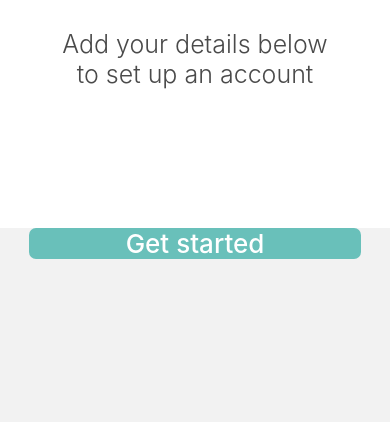
Repository: pheonixlegend/keleya
Screen: /Sign Up
The author's editor kept a copy of each file at every save. The screen is drawn from the files as they stood at one save, then again after the next save.
The pictures show rows 422 to 1187 of an output 844 px tall.
The app was drawn by React Native's web renderer in a window 390 px wide. The project was rebuilt for these pictures with package versions that can differ from the ones it lists, and the page was loaded fresh each time.

Above is the screen before, as saved 2021-10-01 00:40:12.

### App.tsx
import { StatusBar } from 'expo-status-bar';
import React from 'react';
import { StyleSheet, Text, View } from 'react-native';
import Home from './screens/Home';
import { NavigationContainer } from '@react-navigation/native';
import AppStack from './routes/AppStack';

export default function App() {
  return (
    <NavigationContainer>
      <AppStack />
    </NavigationContainer>
  );
}

const styles = StyleSheet.create({
  container: {
    flex: 1,
    backgroundColor: '#fff',
    alignItems: 'center',
    justifyContent: 'center',
  },
});

### routes/AppStack.tsx
import { createStackNavigator } from '@react-navigation/stack';
import { Image } from 'react-native';
import Home from '../screens/Home';
import ImageHeader from '../components/ImageHeader';
import SignUp from '../screens/SignUp';
import React from 'react';
import { Entypo } from '@expo/vector-icons';

const Stack = createStackNavigator();
    const appStack = () => {
        return (
            <Stack.Navigator
                screenOptions={{
                headerShown: false,
                headerTransparent: true,
                headerStyle: {
                  },
                  headerBackTitleStyle: {
                      opacity: 0,
                  },
                  headerTintColor: 'transparent'
                }}
            >
                <Stack.Screen name="Home" component={Home} />
                <Stack.Screen
                    name="Sign Up"
                    component={SignUp}
                    options={{
                        headerShown: true,
                        headerBackImage: ()=>(<Entypo name='arrow-left' size={22}
                        color="#4a4a4a" style={{ paddingLeft: '20%', marginTop: '-10%' }} />)
                    }}
                />
            </Stack.Navigator>
        )
    }
export default appStack

### screens/Home.tsx
import { StatusBar } from 'expo-status-bar';
import React from 'react';
import { StyleSheet, Text, View, Button, Image, SafeAreaView, ImageBackground, TouchableOpacity } from 'react-native';
import { Global } from '../styles/Global'

const Home = ({navigation}: {navigation: any}) => {
  const pressHandler = () => {
    navigation.push("Sign Up")
  }

  return (
    <ImageBackground source={require('../assets/images/first-intro-image.png')} style={styles.backgroundImage} >

    <SafeAreaView style={Global.container}>
      <StatusBar backgroundColor={'transparent'} translucent/>

      <View style={styles.imageContainer}>
        <Image source={require('../assets/images/keleya-logo.png')} style={styles.image} resizeMode="contain" />
      </View>

      <View style={styles.centeredView}>
        <Text style={styles.subText}>For a fit and relaxed pregnancy</Text>
      </View>

      <View style={styles.buttonContainer}>
      <TouchableOpacity style={styles.customBtnBGBottom} onPress={pressHandler}>
        <Text style={styles.customBtnTextBottom}>Get started</Text>
      </TouchableOpacity>


      <TouchableOpacity style={styles.customBtnBGBottom2} onPress={pressHandler}>
        <Text style={styles.customBtnTextBottom2}>Or login</Text>
      </TouchableOpacity>
      </View>
    </SafeAreaView>

    </ImageBackground>
  )
}

const styles = StyleSheet.create({
  imageContainer: {
    justifyContent: 'center',
    alignItems: 'center',
    height: '20%'
  },

  backgroundImage: {
    flex: 1,
    width: undefined,
    height: undefined,
    resizeMode: 'cover'
  },

  centeredView: {
    justifyContent: 'center',
    alignItems: 'center'
  },

  image: {
    width: '23%',
    height: '100%'
  },

  subText: {
    textAlign: 'center',
    fontSize: 24,
    fontWeight: "500",
    marginTop: '-3%',
    width: '53%',
    color: "#4a4a4a"
  },

  buttonContainer: {
    flex: 1,
    alignItems: 'center',
    height: '12.4%',
  },

  customBtnBGBottom: {
    backgroundColor: "#69c0ba",
    borderRadius: 7,
    width: '85%',
    height: '6.2%',
    position: 'absolute',
    bottom: 0,
    marginBottom: '23%',
    justifyContent: 'center',
    alignItems: 'center',
  },

  customBtnBGBottom2: {
    backgroundColor: "transparent",
    borderRadius: 7,
    width: '85%',
    position: 'absolute',
    bottom: 0,
    marginBottom: '10%',
    justifyContent: 'center',
    alignItems: 'center',
  },

  customBtnTextBottom: {
    fontSize: 26,
    fontWeight: "500",
    color: "#fff",
    textAlign: "center"
  },

  customBtnTextBottom2: {
    fontSize: 21,
    fontWeight: "600",
    color: "#4a4a4a",
    textAlign: "center"
  }

});

export default Home

### screens/SignUp.tsx
import { StatusBar } from 'expo-status-bar';
import React from 'react';
import { StyleSheet, Text, View, Button, Image, SafeAreaView, ImageBackground, TouchableOpacity } from 'react-native';
import { Global } from '../styles/Global';
import ImageHeader from '../components/ImageHeader';

const SignUp = ({navigation}: {navigation: any}) => {
  const pressHandler = () => {
    navigation.push("Home")
  }

 return (
    <SafeAreaView style={Global.container}>
      <StatusBar backgroundColor={'transparent'} translucent/>
      <ImageHeader/>
      <View style={styles.centeredView}>
        <Text style={styles.subText}>Add your details below to set up an account</Text>
      </View>
      <View style={styles.buttonContainer}>
      <TouchableOpacity style={styles.customBtnBGBottom} onPress={pressHandler}>
        <Text style={styles.customBtnTextBottom}>Get started</Text>
      </TouchableOpacity>
      </View>
    </SafeAreaView>
  )
}

const styles = StyleSheet.create({

  centeredView: {
    height: '40%',
    justifyContent: 'center',
    alignItems: 'center',
    backgroundColor: 'white',
    marginTop: '80%',
    paddingLeft: '10%',
    paddingRight: '10%',
  },

  subText: {
    textAlign: 'center',
    fontSize: 25,
    width: '90%',
    fontWeight: "300",
    color: "#4a4a4a"
  },

  buttonContainer: {
    alignItems: 'center',
  },

  customBtnBGBottom: {
    backgroundColor: "#69c0ba",
    borderRadius: 7,
    width: '85%',
    position: 'relative',
    justifyContent: 'center',
    alignItems: 'center',
  },

  customBtnTextBottom: {
    fontSize: 26,
    fontWeight: "500",
    color: "#fff",
    textAlign: "center"
  }

});

export default SignUp

### styles/Global.tsx
import { StyleSheet } from 'react-native';

export const Global = StyleSheet.create({
    container: {
        flex: 1,
        backgroundColor: 'transparent',
        height: '100%',
    }
})

### components/ImageHeader.tsx
import * as React from 'react';
import { Text, View, StyleSheet, Image, ImageBackground } from 'react-native';
import { Entypo } from '@expo/vector-icons';

export default function ImageHeader() {
  return (
      <Image source={require('../assets/images/authentication-background-image.jpg')} style={styles.image} resizeMode="cover">

    </Image>
  );
}

const styles = StyleSheet.create({
  image: {
    flex: 1,
    position: 'absolute',
    width: '100%',
    height: '50%'
  }
});

After the next save:
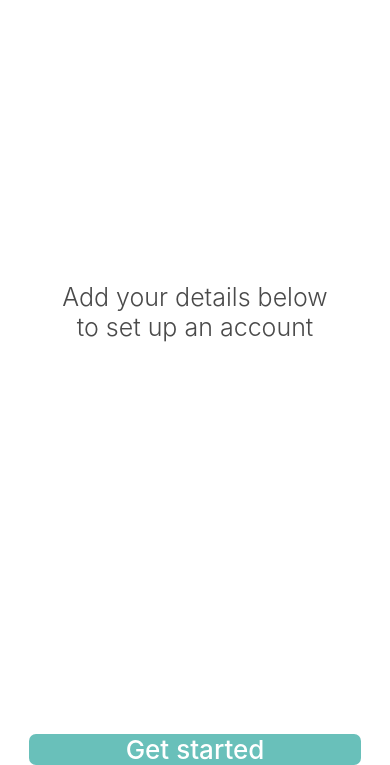
Saved 63 s later.
--- a/screens/SignUp.tsx
+++ b/screens/SignUp.tsx
@@ -28,7 +28,7 @@ const SignUp = ({navigation}: {navigation: any}) => {
 const styles = StyleSheet.create({
 
   centeredView: {
-    height: '40%',
+    height: '100%',
     justifyContent: 'center',
     alignItems: 'center',
     backgroundColor: 'white',
